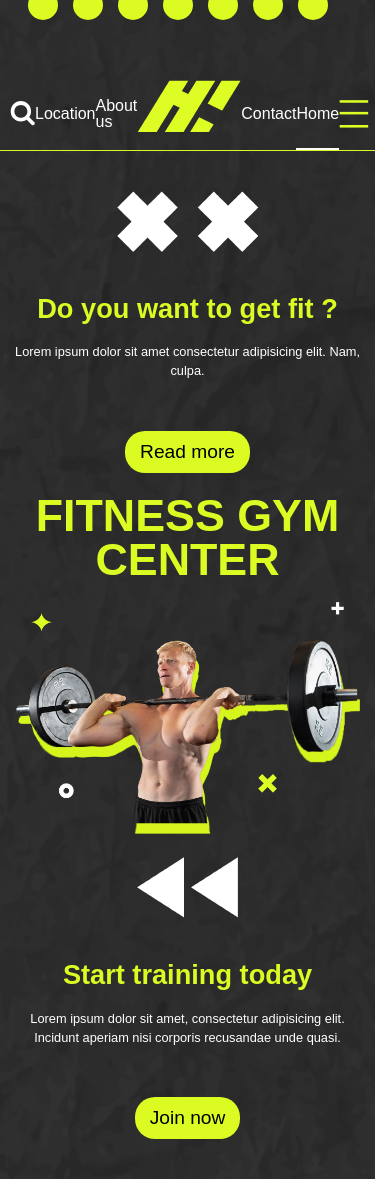
Repository: sem1103/fitness-test
Page: index.html
The author's editor kept a copy of each file at every save. The page is drawn from the files as they stood at one save, then again after the next save.
The browser window is 375 px wide. The pictures show the whole page.

Above is the page before, as saved 2023-11-03 19:06:52.

### index.html
<!DOCTYPE html>
<html lang="en">
<head>
    <meta charset="UTF-8">
    <meta name="viewport" content="width=device-width, initial-scale=1.0">
    <title>Fitness</title>
    <link rel="stylesheet" href="style/reset.css"/>
    <link rel="stylesheet" href="style/main.css"/>
</head>
<body>
    <div id="circles">
        <ul>
            <li></li>
            <li></li>
            <li></li>
            <li></li>
            <li></li>
            <li></li>
            <li></li>
        </ul>
    </div>
    <header class="container">
        <div id="search">
            <svg version="1.2" xmlns="http://www.w3.org/2000/svg" viewBox="0 0 25 25" width="25" height="25"><style>.a{fill:#fff}</style><path fill-rule="evenodd" class="a" d="m23 24.2c-0.5 0-1 0-1.4-0.5-4.9-4.9-4.9-4.9-4.9-4.9-1.9 1.2-3.7 1.6-5.8 1.6-5.6 0-10.2-4.4-10.2-10 0-5.8 4.6-10.3 10.2-10.3 5.6 0 10.2 4.5 10.2 10.3 0 1.9-0.7 4-1.9 5.6 4.9 5.1 4.9 5.1 4.9 5.1 0.5 0.3 0.7 0.7 0.7 1.2 0 1.2-0.9 1.9-1.8 1.9zm-12.1-20.3c-3.7 0-6.5 2.8-6.5 6.5 0 3.5 2.8 6.3 6.5 6.3 3.5 0 6.5-2.8 6.5-6.3 0-3.7-3-6.5-6.5-6.5z"/></svg>
        </div>
        <nav>
            <ul>
                <li><a href="">Location</a></li>
                <li><a href="">About us</a></li>
                <li><a href=""><img src="./img/logo.png" alt="Logo"></a></li>
                <li><a href="">Contact</a></li>
                <li class="active"><a href="">Home</a></li>
            </ul>
        </nav>
        <div id="burger__menu">
            <img src="img/burger-icon.png" alt="">
        </div>
    </header>
    <main>

        <div id="intro" class="container">
            <div class="side__section">
                <div class="img">
                    <img src="img/section-one.png" alt="">
                </div>
                <h2>Do you want
                    to get fit ?</h2>
                <p>Lorem ipsum dolor sit amet consectetur adipisicing elit. Nam, culpa.</p>
                <button>Read more</button>
            </div>
            <div class="main__section">
                <h1>FITNESS GYM <br/>
                    CENTER</h1>
                <img src="img/section-two.png" alt="">
            </div>
            <div class="side__section">
                <div class="img">
                    <img src="img/section-three.png" alt="">
                </div>
                <h2>Start training
                    today</h2>
                <p>Lorem ipsum dolor sit amet, consectetur adipisicing elit. Incidunt aperiam nisi corporis recusandae unde quasi.</p>
                <button>Join now</button>
            </div>
        </div>


    </main>
</body>
</html>

### style/reset.css
html, body, div, span, applet, object, iframe,
h1, h2, h3, h4, h5, h6, p, blockquote, pre,
a, abbr, acronym, address, big, cite, code,
del, dfn, em, img, ins, kbd, q, s, samp,
small, strike, strong, sub, sup, tt, var,
b, u, i, center,
dl, dt, dd, ol, ul, li,
fieldset, form, label, legend,
table, caption, tbody, tfoot, thead, tr, th, td,
article, aside, canvas, details, embed,
figure, figcaption, footer, header, hgroup,
menu, nav, output, ruby, section, summary,
time, mark, audio, video {
	margin: 0;
	padding: 0;
	border: 0;
	font-size: 100%;
	font: inherit;
	vertical-align: baseline;
}
/* HTML5 display-role reset for older browsers */
article, aside, details, figcaption, figure,
footer, header, hgroup, menu, nav, section {
	display: block;
}
body {
	line-height: 1;
	font-family: Arial, Helvetica, sans-serif;
}
ol, ul {
	list-style: none;
}
blockquote, q {
	quotes: none;
}
blockquote:before, blockquote:after,
q:before, q:after {
	content: '';
	content: none;
}
table {
	border-collapse: collapse;
	border-spacing: 0;
}
a{
	text-decoration: none;
}

### style/main.css
.container {
    max-width: 1100px;
    margin: auto;
}

body {
    background: url(./../img/background.png) center/cover;
    min-height: 100vh;
}

#circles ul {
    display: flex;
    flex-direction: row;
    width: 100%;
    justify-content: center;
    gap: 15px;
    margin: -10px;
}

#circles li {
    padding: 15px;
    border-radius: 50%;
    background-color: #dbfb23;
}

header {
    padding: 70px 10px 0 10px;
    border-bottom: 1px solid #dbfb23;
}
header > div{
    flex-basis: 5%;
}

header,
nav ul {
    display: flex;
    flex-direction: row;
    justify-content: space-between;
    align-items: center;
}

nav {
    flex-basis: 80%;
}

nav ul {
    align-items: stretch;
}

nav li {
    display: flex;
    align-items: center;
    transition: all .3s ease-in-out;
    border-bottom: 2px solid transparent;
}
nav li:nth-child(3){
    margin: 0 0 15px 0;
    border: 0;
}
nav a {
    color: #fff;
}

nav li:hover {
    color: #dbfb23;
    transition: all .3s ease-in-out;
    border-color: #fff;
}
.active{
    color: #dbfb23;
    transition: all .3s ease-in-out;
    border-color: #fff;
}

#burger__menu{
    text-align: center;
}

h1{
    font-size: 3.8rem;
    font-weight: 900;
    color: #dbfb23;
    text-align: center;
    margin: 0  0 20px 0;
}
h2{
    color: #dbfb23;
    font-size: 1.7rem;
    font-weight: 600;
}
#intro{
    display: flex;
    flex-direction: row;
    padding: 40px 15px;
    gap: 20px;
}
#intro p{
    color: #fff;
    font-size: 1.1rem;
    line-height: 1.5;
    margin: 0 0 50px 0;
}

#intro button{
    border: 0;
    outline: 0;
    padding: 10px 15px;
    background-color: #dbfb23;
    border-radius: 20px;
    font-size: 1.2rem;
    cursor: pointer;
}
.img{
    text-align: center;
    margin: 0 0 40px 0;
}
.main__section img{
    width: 100%;
}
.main__section{
    flex-basis: 50%;
}
.side__section{
    flex-basis: 25%;
}
.side__section h2{
    margin: 20px 0;
}
.side__section:last-of-type{
    text-align: right;
}


@media only screen and (max-width: 950px) {
    h1{
        font-size: 2.8rem;
    }
}
@media only screen and (max-width: 768px) {
    #intro p{
        font-size: .8rem;
    }
}

@media only screen and (max-width: 520px) {
    #intro , .side__section:last-of-type{
        flex-direction: column;
        text-align: center;
    }

}

After the next save:
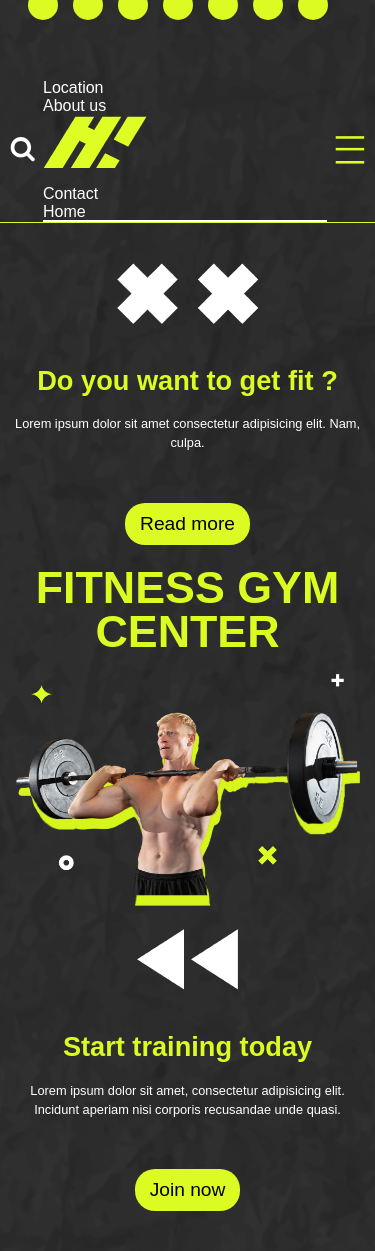
Saved 62 s later.
--- a/style/main.css
+++ b/style/main.css
@@ -149,3 +149,9 @@
     }
 
 }
+@media only screen and (max-width: 480px) {
+    nav ul{
+        flex-direction: column;
+    }
+
+}
